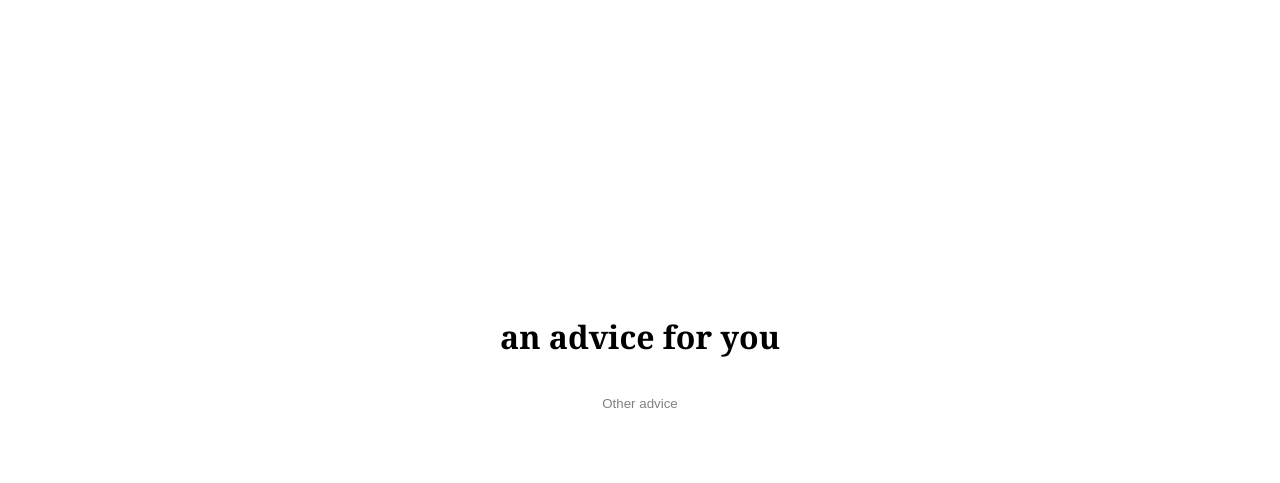
Repository: Fernandamendonc/Advice
Page: /
These files come from the project's save history. The page is drawn as it stood at one moment and after the next save; the edit follows.
The browser window is 1280 px wide. The pictures show the whole page.
The project was rebuilt for these pictures with package versions that can differ from the ones it lists, and the page was loaded fresh each time. The framework's server and built-in components were replaced by stand-ins that run in the browser. Also part of the build but not shown: next.config.js.

Above is the page before, as saved 2022-08-16 21:59:57.

### pages/_app.tsx
import '../styles/globals.css'
import type { AppProps } from 'next/app'

function MyApp({ Component, pageProps }: AppProps) {
  return <Component {...pageProps}/>
}

export default MyApp

### pages/index.tsx
import type { NextPage } from 'next'

import { Button } from '../src/components/button'

const Home: NextPage = () => {
  return (
    <>
      <Button />
    </>
  )
}

export default Home

### styles/globals.css
html,
body {
  padding: 0;
  margin: 0;
}

a {
  color: inherit;
  text-decoration: none;
}

* {
  box-sizing: border-box;
}

@media (prefers-color-scheme: dark) {
  html {
    color-scheme: gray;
  }
  body {
    color: white;
    background: gray;
  }
}

### src/components/button/index.tsx
import {useEffect, useState} from 'react'
import axios from 'axios'

import { Container } from './styles'

export function Button(){
  const [advice, adviceSet] = useState("leo")

  useEffect(() => {
    // newAdvice()
  },[])

  function newAdvice(){
    axios.get("https://api.adviceslip.com/advice")
    .then((response) => {
      adviceSet(response.data.slip.advice)
      console.log(response.data.slip.advice)
    }).catch(() => {
      console.log('ERRO')
    })
  }
  return(
    <Container>
      <h1>an advice for you</h1>
      {/* <h2>{advice}</h2> */}
      <button onClick={newAdvice}>Other advice</button>
    </Container>
  )
}

### src/components/button/styles.ts
import styled from 'styled-components'

export const Container = styled.div`
  display: flex;
  justify-content: center;
  align-items: center;
  flex-direction: column;

  position: absolute;
  top: 50%;
  left: 50%;
  transform: translate(-50%, -50%);

  font-family: Cambria, Cochin, Georgia, Times, 'Times New Roman', serif ;

  button{
    padding: 1rem 5rem;

    color: gray;
    background: white;

    border: none;
    border-radius: 5rem;

    cursor: pointer;
  }
`

After the next save:
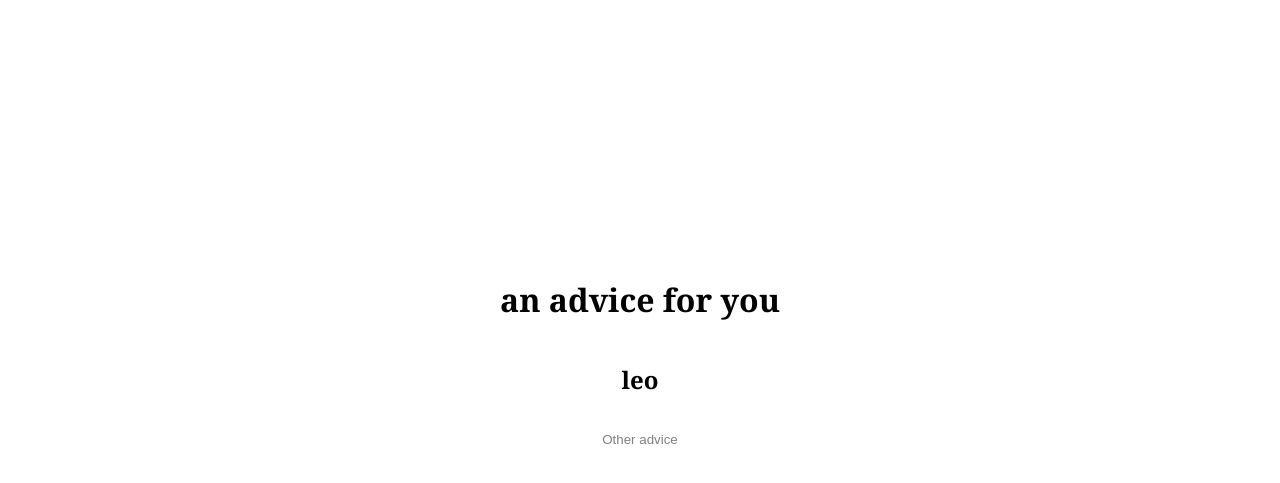
Saved 5 s later.
--- a/src/components/button/index.tsx
+++ b/src/components/button/index.tsx
@@ -22,7 +22,7 @@ export function Button(){
   return(
     <Container>
       <h1>an advice for you</h1>
-      {/* <h2>{advice}</h2> */}
+      <h2>{advice}</h2>
       <button onClick={newAdvice}>Other advice</button>
     </Container>
   )
